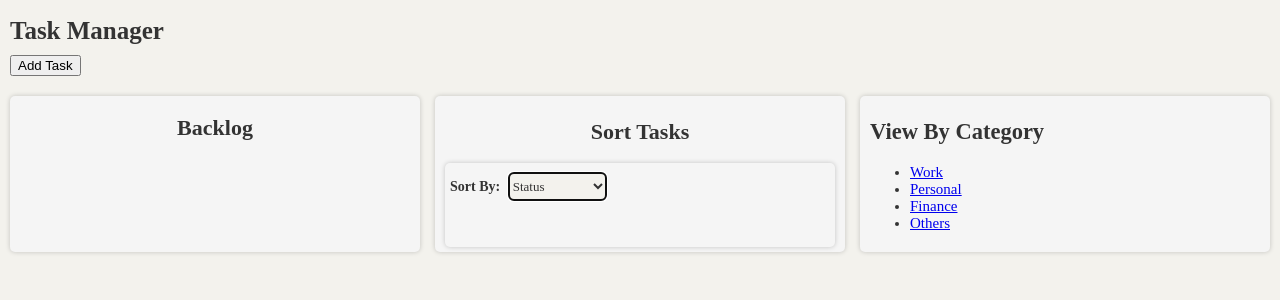
Repository: n-shen/task-tracker
Page: / (app in frontend/)
The author's editor kept a copy of each file at every save. The page is drawn from the files as they stood at one save, then again after the next save.
The browser window is 1280 px wide. The pictures show the whole page.
The first visible `select` has the focus.
The project was rebuilt for these pictures with package versions that can differ from the ones it lists, and the page was loaded fresh each time. Also part of the build but not shown: frontend/src/components/taskManager/addTask.jsx, frontend/src/components/tasks/task.jsx, frontend/src/components/taskManager/categoryTasks.jsx. Imported but missing from the stored project, and not drawn on this page: frontend/src/reportWebVitals.

Above is the page before, as saved 2023-04-20 14:18:41.

### frontend/public/index.html
<!DOCTYPE html>
<html lang="en">
  <head>
    <meta charset="utf-8" />
    <link rel="icon" href="%PUBLIC_URL%/favicon.ico" />
    <meta name="viewport" content="width=device-width, initial-scale=1" />
    <meta name="theme-color" content="#000000" />
    <meta
      name="description"
      content="Web site created using create-react-app"
    />
    <link rel="apple-touch-icon" href="%PUBLIC_URL%/logo192.png" />
    <!--
      manifest.json provides metadata used when your web app is installed on a
      user's mobile device or desktop. See https://developers.google.com/web/fundamentals/web-app-manifest/
    -->
    <link rel="manifest" href="%PUBLIC_URL%/manifest.json" />
    <!--
      Notice the use of %PUBLIC_URL% in the tags above.
      It will be replaced with the URL of the `public` folder during the build.
      Only files inside the `public` folder can be referenced from the HTML.

      Unlike "/favicon.ico" or "favicon.ico", "%PUBLIC_URL%/favicon.ico" will
      work correctly both with client-side routing and a non-root public URL.
      Learn how to configure a non-root public URL by running `npm run build`.
    -->
    <title>Task Tracker App</title>
  </head>
  <body>
    <noscript>You need to enable JavaScript to run this app.</noscript>
    <div id="root"></div>
    <!--
      This HTML file is a template.
      If you open it directly in the browser, you will see an empty page.

      You can add webfonts, meta tags, or analytics to this file.
      The build step will place the bundled scripts into the <body> tag.

      To begin the development, run `npm start` or `yarn start`.
      To create a production bundle, use `npm run build` or `yarn build`.
    -->
  </body>
</html>

### frontend/src/index.js
import React from "react";
import ReactDOM from "react-dom/client";
import "./styles/index.css";
import App from "./App";
import reportWebVitals from "./reportWebVitals";
import { BrowserRouter } from "react-router-dom";

const root = ReactDOM.createRoot(document.getElementById("root"));
root.render(
  <React.StrictMode>
    <BrowserRouter>
      <App />
    </BrowserRouter>
  </React.StrictMode>
);

// If you want to start measuring performance in your app, pass a function
// to log results (for example: reportWebVitals(console.log))
// or send to an analytics endpoint. Learn more: https://bit.ly/CRA-vitals
reportWebVitals();

### frontend/src/styles/index.css
body {
  margin: 0;
  font-family: -apple-system, BlinkMacSystemFont, 'Segoe UI', 'Roboto', 'Oxygen',
    'Ubuntu', 'Cantarell', 'Fira Sans', 'Droid Sans', 'Helvetica Neue',
    sans-serif;
  -webkit-font-smoothing: antialiased;
  -moz-osx-font-smoothing: grayscale;
  background-color: #f2f5f5;
}

code {
  font-family: source-code-pro, Menlo, Monaco, Consolas, 'Courier New',
    monospace;
}

html {
  font-size: 62.5%;
}

### frontend/src/App.js
import React from "react";
import TaskManager from "./components/taskManager/manager";


function App() {
  return (
    <div className="App">
      <TaskManager />
    </div>
  );
}

export default App;

### frontend/src/components/taskManager/manager.jsx
import React, { useState, useEffect } from "react";
import AddTaskForm from "./addTask";
import TaskList from "../tasks/taskLists";
import SortTasks from "./sortTasks";
import ViewByCategory from "./viewByCategory";
import CategoryTask from "./categoryTasks";
import { Routes, Route } from "react-router-dom";
import "../../styles/manager.css";

const TaskManager = () => {
  const [tasks, setTasks] = useState(
    JSON.parse(localStorage.getItem("tasks")) || []
  );
  const [showAddTask, setShowAddTask] = useState(false);

  useEffect(() => {
    localStorage.setItem("tasks", JSON.stringify(tasks));
  }, [tasks]);

  const handleAddTask = (task) => {
    setTasks([...tasks, task]);
    setShowAddTask(false);
  };

  const handleShowAddTask = () => {
    setShowAddTask(true);
  };

  const handleHideAddTask = () => {
    setShowAddTask(false);
  };

  const handleDeleteTask = (index) => {
    const newTasks = [...tasks];
    newTasks.splice(index, 1);
    setTasks(newTasks);
  };

  const handleEditTask = (index, newTask) => {
    const newTasks = [...tasks];
    newTasks[index] = newTask;
    setTasks(newTasks);
  };

  return (
    <div className="taskManager">
      <div className="taskManager--wrapper">
        <h1 className="taskManager--title">Task Manager</h1>
          <div className="taskManager--addTask">
            <div className="taskManager--addTask__btn">
              <button onClick={handleShowAddTask} className="addTask-btn">
                Add Task
              </button>
            </div>
            <div className="taskManager--addTask__container">
              {showAddTask && (
                <AddTaskForm
                  onAdd={handleAddTask}
                  onHideAddTask={handleHideAddTask}
                />
              )}
            </div>
          </div>
          <div className="taskManager--grid">
          <div className="taskManager--taskList">
            <TaskList
              tasks={tasks}
              onDelete={handleDeleteTask}
              onEdit={handleEditTask}
            />
          </div>
          <div className="taskManager--sort">
            <SortTasks tasks={tasks} />
          </div>
          <div className="taskManager--view">
            <Routes>
              <Route path="/" element={<ViewByCategory tasks={tasks} />} />
              <Route
                path="/category/:category"
                element={<CategoryTask tasks={tasks} />}
              />
            </Routes>
          </div>
        </div>
      </div>
    </div>
  );
};

export default TaskManager;

### frontend/src/components/tasks/taskLists.jsx

import React from "react";
import Task from "./task";
import "../../styles/taskList.css";

const TaskList = ({ tasks, onDelete, onEdit }) => {
  return (
    <div className="taskList">
      <h1 className="taskList--head">Backlog</h1>
      {tasks.map((task, index) => (
        <Task
          key={index}
          index={index}
          task={task}
          onDelete={onDelete}
          onEdit={onEdit}
        />
      ))}
    </div>
  );
};

export default TaskList;

### frontend/src/components/taskManager/sortTasks.jsx
import { React, useState } from "react";
import "../../styles/sortTasks.css";

const SortTask = ({ tasks }) => {
  const [sortBy, setSortBy] = useState("status");

  const sortedTasks =
    tasks?.slice().sort((a, b) => {
      switch (sortBy) {
        case "title":
          return a.title.localeCompare(b.title);
        case "status":
          return a.status.localeCompare(b.status);
        case "dateAdded":
          return new Date(a.dateAdded) - new Date(b.dateAdded);
        case "dueDate":
          return new Date(a.dueDate) - new Date(b.dueDate);
        case "category":
          return a.category.localeCompare(b.category);
        default:
          return 0;
      }
    }) || [];

  const handleSortBy = (e) => {
    setSortBy(e.target.value);
  };

  return (
    <div className="sort">
      <h2 className="sort--head">Sort Tasks</h2>
      <div className="sort--wrapper">
        <div className="sort--select">
          <label htmlFor="sort" className="sort--label">
            Sort By:{" "}
          </label>
          <select name="sort" value={sortBy} onChange={handleSortBy}>
            <option value="title" className="sort--option">
              Title
            </option>
            <option value="status" className="sort--option">
              Status
            </option>
            <option value="dateAdded" className="sort--option">
              Date Added
            </option>
            <option value="dueDate" className="sort--option">
              Due Date
            </option>
          </select>
        </div>
        <div>
          <ul className="sort--lists">
            {sortedTasks.map((task, index) => (
              <li key={index} className="sort--list">
                <p className="sort--list__item">{task.title}</p>
                <p className="sort--list__item">{task.description}</p>
                <p className="sort--list__item">Status: {task.status}</p>
                <p className="sort--list__item">Date Added: {task.dateAdded}</p>
                <p className="sort--list__item">Due Date: {task.dueDate}</p>
                <p className="sort--list__item">Category: {task.category}</p>
              </li>
            ))}
          </ul>
        </div>
      </div>
    </div>
  );
};

export default SortTask;

### frontend/src/components/taskManager/viewByCategory.jsx
import React from "react";
import { Link, useParams } from "react-router-dom";

const ViewByCategory = ({ tasks }) => {
  const categories = ["Work", "Personal", "Finance", "Others"];
  const { category } = useParams();

  const tasksByCategory = (category) => {
    return tasks.filter((task) => task.category === category);
  };

  return (
    <div>
      <h2>View By Category</h2>
      <ul>
        {categories.map((categoryName) => (
          <li key={categoryName}>
            <Link to={`/category/${categoryName}`}>
              {categoryName}
            </Link>
          </li>
        ))}
      </ul>
      {category && (
        <div>
          <h3>{category}</h3>
          <ul>
            {tasksByCategory(category).map((task, index) => (
              <li key={index}>
                <div>Title: {task.title}</div>
                <div>Description: {task.description}</div>
                <div>Status: {task.status}</div>
                <div>Due Date: {task.dueDate}</div>
                <div>Category: {task.category}</div>
              </li>
            ))}
          </ul>
        </div>
      )}
    </div>
  );
};

export default ViewByCategory;

### frontend/src/styles/manager.css
.taskManager {
    background-color: #f3f2ed;
    width: 100%;
    min-height: 100vh;
    display: flex;
    flex-direction: column;
    font-family: 'Fira Sans';
    font-size: 1.5rem;
    font-weight: 400;
    color: #333;
}

.taskManager--wrapper {
    padding: 0 1rem;
}

.taskManager--title {
    font-size: 2.5rem;
    font-weight: 700;
    margin-bottom: 1rem;
}

.taskManager--grid {
    display: grid;
    grid-template-columns: repeat(3, minmax(min-content, 1fr));
    grid-gap: 1.5rem;
    width: 100%;
    padding: 2rem 0;
}

.taskManager--grid > div {
    background-color: 	#F5F5F5;
    border-radius: 0.5rem;
    padding: .5rem 1rem;
    box-shadow: 0 0 0.5rem rgba(0, 0, 0, 0.2);
}

### frontend/src/styles/taskList.css
.taskList {
  display: flex;
  flex-direction: column;
  align-items: flex-start;
  width: 100%;
  height: 100%;
}

.taskList--head {
  align-self: center;
  font-size: 2.2rem;
  font-weight: 700;
}

.task {
  display: flex;
  flex-direction: column;
  align-items: flex-start;
  width: 100%;
  height: 100%;
  margin-bottom: 1rem;
}

.task--wrapper {
  display: flex;
  flex-direction: column;
  align-items: center;
  width: 100%;
  height: 100%;
  border-radius: 0.5rem;
  box-shadow: 0 0 0.5rem rgba(0, 0, 0, 0.2);
}

.task--item {
  display: flex;
  justify-content: center;
  align-items: center;
  width: 70%;
  height: 100%;
  border-bottom: 1px solid #00bfff;
  padding-bottom: 1rem;
  font-size: 1.3rem;
}

strong {
  font-weight: 700;
  margin-right: .5rem;
}

.task--item:last-child {
  border-bottom: none;
}

.task--btns {
  display: flex;
  justify-content: center;
  align-items: center;
  gap: 2rem;
  width: 100%;
  height: 100%;
  padding: 1rem;
}

.task--btn {
  border-radius: 1rem;
  background-color: #00bfff;
  color: #F5F5F5;
  font-size: 1.2rem;
  cursor: pointer;
  padding: 0.5rem 1rem;
  border: none;
  outline: none;
}

.task--btn:hover {
  color: #00bfff;
  background-color: #f3f2ed;
}

### frontend/src/styles/sortTasks.css
.sort {
  display: flex;
  flex-direction: column;
  align-items: flex-start;
  width: 100%;
  height: 100%;
}

.sort--head {
  align-self: center;
  font-size: 2.2rem;
  font-weight: 700;
}

.sort--wrapper {
  display: flex;
  flex-direction: column;
  align-items: center;
  width: 100%;
  height: 100%;
  border-radius: 0.5rem;
  box-shadow: 0 0 0.5rem rgba(0, 0, 0, 0.2);
}

.sort--select {
  width: 100%;
  padding: 1rem;
  margin-left: 1rem;
}

.sort--label {
  font-size: 1.4rem;
  font-weight: 700;
  margin-right: 0.5rem;
}

select {
  width: 25%;
  padding: .5rem 0;
  border: none;
  border-radius: 0.5rem;
  font-size: 1.3rem;
  font-family: "Fira Sans";
  color: #333;
  background-color: #f3f2ed;
}

.sort--option {
  font-size: 1.3rem;
  font-family: "Fira Sans";
  color: #333;
}

Loaded but not shown: frontend/public/manifest.json (common file)

After the next save:
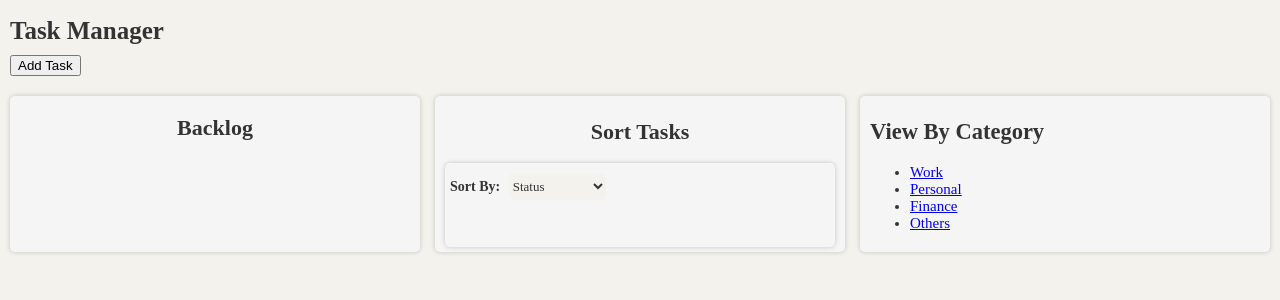
Saved 23 s later.
--- a/frontend/src/styles/sortTasks.css
+++ b/frontend/src/styles/sortTasks.css
@@ -45,6 +45,10 @@ select {
   background-color: #f3f2ed;
 }
 
+select:focus {
+  outline: none;
+}
+
 .sort--option {
   font-size: 1.3rem;
   font-family: "Fira Sans";
